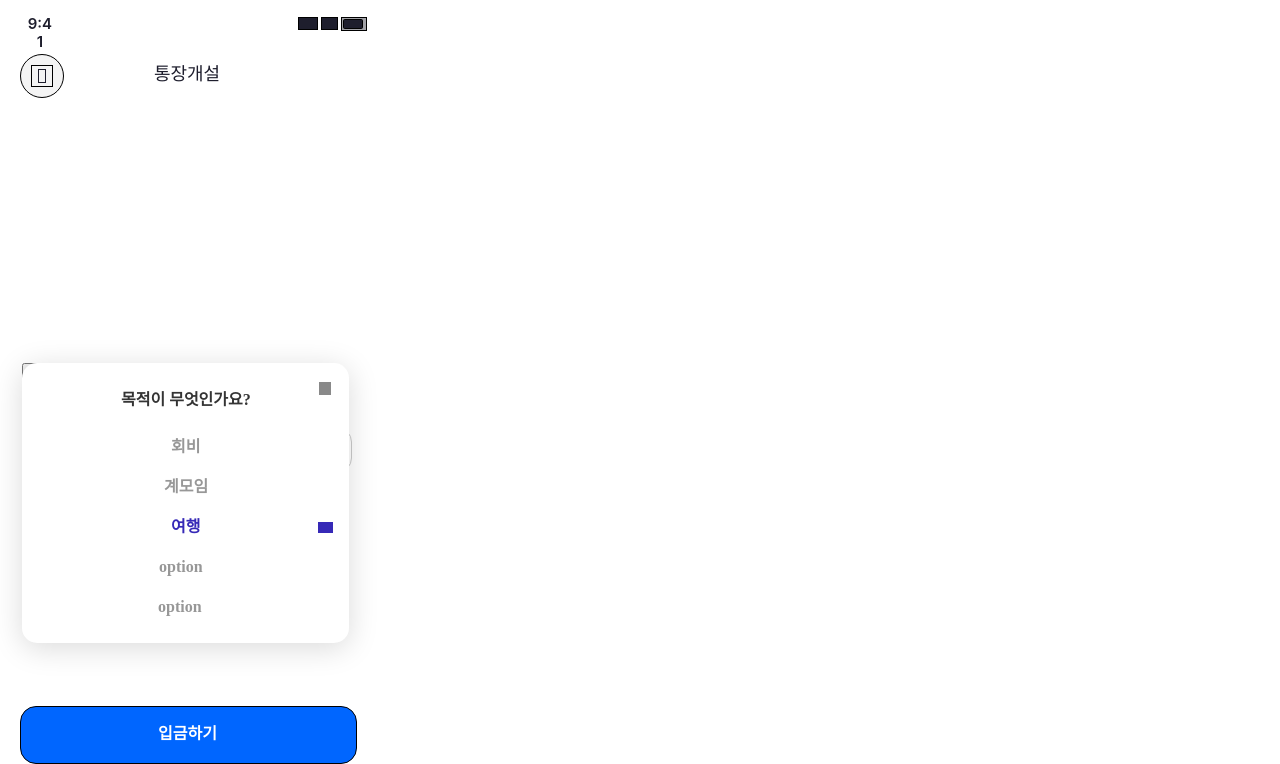
Repository: gpdbs9409/-Group_Account
Page: http://localhost/Group-Account/views/AddAccountType.jsp
The author's editor kept a copy of each file at every save. The page is drawn from the files as they stood at one save, then again after the next save.
The browser window is 1280 px wide. The pictures show the whole page.
The page is served by Tomcat 9. Other server files are loaded and not shown.

Above is the page before, as saved 2024-12-11 06:16:43.

### Group-Account/src/main/webapp/views/AddAccountType.jsp
<%@ page language="java" contentType="text/html; charset=UTF-8"
    pageEncoding="UTF-8"%>
<!DOCTYPE html>
<html>
<head>
<meta charset="UTF-8">
<title>Insert title here</title>
</head>
<body>


    <div style="left: 24.89px; top: 14.50px; position: absolute">
        <div style="width: 30px; height: 17px; left: 0px; top: 0px; position: absolute; text-align: center; color: #1E1E2D; font-size: 15px; font-family: SF Pro Display; font-weight: 600; line-height: 18px; word-wrap: break-word">9:41</div>
        <div style="width: 67px; height: 11.50px; left: 273.61px; top: 2.50px; position: absolute">
            <div style="width: 24.50px; height: 11.50px; left: 42.50px; top: 0px; position: absolute">
                <div style="width: 24.50px; height: 11.50px; left: 0px; top: 0px; position: absolute; background: #A2A2A7; border: 1px solid"></div>
                <div style="width: 18px; height: 7.67px; left: 2px; top: 1.92px; position: absolute; background: #1E1E2D; border-radius: 1.60px; border: 1px solid"></div>
            </div>
            <div style="width: 17.10px; height: 10.70px; left: 0px; top: 0.44px; position: absolute; background: #1E1E2D; border: 1px solid"></div>
            <div style="width: 15.40px; height: 11.06px; left: 22.10px; top: 0.24px; position: absolute; background: #1E1E2D; border: 1px solid"></div>
        </div>
    </div>
    <div style="width: 237px; left: 20px; top: 54px; position: absolute">
        <div style="width: 42px; height: 42px; left: 0px; top: 0px; position: absolute">
            <div style="width: 42px; height: 42px; left: 0px; top: 0px; position: absolute; background: #F4F4F4; border-radius: 9999px; border: 1px solid"></div>
            <div style="width: 20px; height: 20px; left: 11px; top: 11px; position: absolute">
                <div style="width: 6px; height: 12px; left: 7px; top: 4px; position: absolute; border: 1.50px #1E1E2D solid"></div>
                <div style="width: 20px; height: 20px; left: 0px; top: 0px; position: absolute; border: 1px solid"></div>
            </div>
        </div>
        <div style="width: 140px; height: 20px; left: 97px; top: 11px; position: absolute; text-align: center; color: #1E1E2D; font-size: 18px; font-family: Poppins; font-weight: 500; line-height: 18px; word-wrap: break-word">통장개설</div>
    </div>
    <div style="width: 335px; height: 56px; left: 20px; top: 706px; position: absolute">
        <div style="width: 335px; height: 56px; left: 0px; top: 0px; position: absolute; background: #0066FF; border-radius: 16px; border: 1px solid"></div>
        <div style="width: 100px; height: 24px; left: 117.50px; top: 16px; position: absolute; text-align: center; color: white; font-size: 16px; font-family: Poppins; font-weight: 600; line-height: 24px; word-wrap: break-word">입금하기</div>
    </div>
    <div style="width: 327px; height: 44px; left: 23px; top: 427px; position: absolute">
        <div style="width: 327px; height: 44px; left: 0px; top: 0px; position: absolute; border-radius: 15px; border: 1px #CBCBCB solid"></div>
        <div style="left: 12px; top: 12px; position: absolute; color: #343434; font-size: 14px; font-family: Poppins; font-weight: 700; line-height: 21px; word-wrap: break-word">+8564757899</div>
    </div>
    <div style="width: 327px; height: 280px; left: 22px; top: 363px; position: absolute">
        <div style="width: 327px; height: 280px; left: 0px; top: 0px; position: absolute; background: white; box-shadow: 0px 5px 30px rgba(0, 0, 0, 0.15); border-radius: 15px"></div>
       <button onclick="location='AddAcount,jsp'">여행</button>
        <div style="left: 149px; top: 72px; position: absolute; text-align: center; color: #979797; font-size: 16px; font-family: Poppins; font-weight: 700; line-height: 24px; word-wrap: break-word">회비</div>
        <div style="left: 142px; top: 112px; position: absolute; text-align: center; color: #979797; font-size: 16px; font-family: Poppins; font-weight: 700; line-height: 24px; word-wrap: break-word">계모임</div>
        <div style="left: 149px; top: 152px; position: absolute; text-align: center; color: #3629B7; font-size: 16px; font-family: Poppins; font-weight: 700; line-height: 24px; word-wrap: break-word">여행</div>

        <div style="width: 16px; height: 16px; padding-top: 2.25px; padding-bottom: 2.67px; padding-left: 0.25px; padding-right: 0.25px; left: 295px; top: 154px; position: absolute; justify-content: center; align-items: center; display: inline-flex">
            <div style="width: 15.49px; height: 11.08px; background: #3629B7"></div>
        </div>
        <div style="left: 137px; top: 192px; position: absolute; text-align: center; color: #979797; font-size: 16px; font-family: Poppins; font-weight: 700; line-height: 24px; word-wrap: break-word">option</div>
        <div style="left: 136px; top: 232px; position: absolute; text-align: center; color: #979797; font-size: 16px; font-family: Poppins; font-weight: 700; line-height: 24px; word-wrap: break-word">option</div>
        <div style="left: 99px; top: 25px; position: absolute; text-align: center; color: #343434; font-size: 16px; font-family: Poppins; font-weight: 700; line-height: 24px; word-wrap: break-word">목적이 무엇인가요?</div>
        <div style="width: 16px; height: 17.33px; left: 295px; top: 16px; position: absolute">
            <div style="width: 12px; height: 13px; left: 2px; top: 2.67px; position: absolute; background: #898989"></div>
        </div>
    </div>
</div>

</body>
</html>

After the next save:
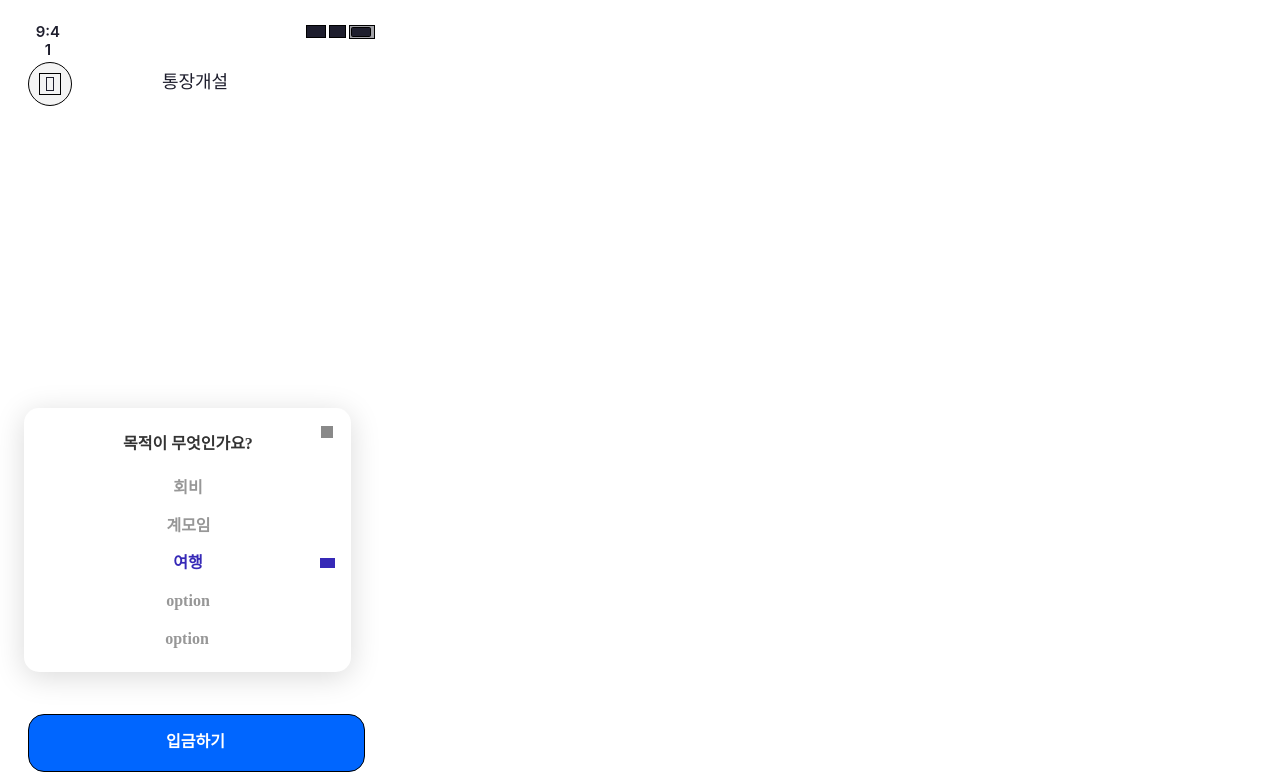
Saved 3 min 9 s later.
--- a/Group-Account/src/main/webapp/views/AddAccountType.jsp
+++ b/Group-Account/src/main/webapp/views/AddAccountType.jsp
@@ -7,8 +7,7 @@
 <title>Insert title here</title>
 </head>
 <body>
-
-
+<div style="width: 100%; height: 100%; position: relative; background: white">
     <div style="left: 24.89px; top: 14.50px; position: absolute">
         <div style="width: 30px; height: 17px; left: 0px; top: 0px; position: absolute; text-align: center; color: #1E1E2D; font-size: 15px; font-family: SF Pro Display; font-weight: 600; line-height: 18px; word-wrap: break-word">9:41</div>
         <div style="width: 67px; height: 11.50px; left: 273.61px; top: 2.50px; position: absolute">
@@ -34,28 +33,21 @@
         <div style="width: 335px; height: 56px; left: 0px; top: 0px; position: absolute; background: #0066FF; border-radius: 16px; border: 1px solid"></div>
         <div style="width: 100px; height: 24px; left: 117.50px; top: 16px; position: absolute; text-align: center; color: white; font-size: 16px; font-family: Poppins; font-weight: 600; line-height: 24px; word-wrap: break-word">입금하기</div>
     </div>
-    <div style="width: 327px; height: 44px; left: 23px; top: 427px; position: absolute">
-        <div style="width: 327px; height: 44px; left: 0px; top: 0px; position: absolute; border-radius: 15px; border: 1px #CBCBCB solid"></div>
-        <div style="left: 12px; top: 12px; position: absolute; color: #343434; font-size: 14px; font-family: Poppins; font-weight: 700; line-height: 21px; word-wrap: break-word">+8564757899</div>
-    </div>
-    <div style="width: 327px; height: 280px; left: 22px; top: 363px; position: absolute">
-        <div style="width: 327px; height: 280px; left: 0px; top: 0px; position: absolute; background: white; box-shadow: 0px 5px 30px rgba(0, 0, 0, 0.15); border-radius: 15px"></div>
-       <button onclick="location='AddAcount,jsp'">여행</button>
-        <div style="left: 149px; top: 72px; position: absolute; text-align: center; color: #979797; font-size: 16px; font-family: Poppins; font-weight: 700; line-height: 24px; word-wrap: break-word">회비</div>
-        <div style="left: 142px; top: 112px; position: absolute; text-align: center; color: #979797; font-size: 16px; font-family: Poppins; font-weight: 700; line-height: 24px; word-wrap: break-word">계모임</div>
-        <div style="left: 149px; top: 152px; position: absolute; text-align: center; color: #3629B7; font-size: 16px; font-family: Poppins; font-weight: 700; line-height: 24px; word-wrap: break-word">여행</div>
-
-        <div style="width: 16px; height: 16px; padding-top: 2.25px; padding-bottom: 2.67px; padding-left: 0.25px; padding-right: 0.25px; left: 295px; top: 154px; position: absolute; justify-content: center; align-items: center; display: inline-flex">
-            <div style="width: 15.49px; height: 11.08px; background: #3629B7"></div>
+    <div style="width: 327px; height: 264px; left: 16px; top: 400px; position: absolute">
+        <div style="width: 327px; height: 264px; left: 0px; top: 0px; position: absolute; background: white; box-shadow: 0px 5px 30px rgba(0, 0, 0, 0.15); border-radius: 15px"></div>
+        <div style="width: 30px; height: 22.63px; left: 149px; top: 67.89px; position: absolute; text-align: center; color: #979797; font-size: 16px; font-family: Poppins; font-weight: 700; line-height: 24px; word-wrap: break-word">회비</div>
+        <div style="width: 45px; height: 22.63px; left: 142px; top: 105.60px; position: absolute; text-align: center; color: #979797; font-size: 16px; font-family: Poppins; font-weight: 700; line-height: 24px; word-wrap: break-word">계모임</div>
+        <div style="width: 30px; height: 22.63px; left: 149px; top: 143.31px; position: absolute; text-align: center; color: #3629B7; font-size: 16px; font-family: Poppins; font-weight: 700; line-height: 24px; word-wrap: break-word">여행</div>
+        <div style="width: 16px; height: 15.09px; padding-top: 2.12px; padding-bottom: 2.51px; padding-left: 0.25px; padding-right: 0.25px; left: 295px; top: 145.20px; position: absolute; justify-content: center; align-items: center; display: inline-flex">
+            <div style="width: 15.49px; height: 10.45px; background: #3629B7"></div>
         </div>
-        <div style="left: 137px; top: 192px; position: absolute; text-align: center; color: #979797; font-size: 16px; font-family: Poppins; font-weight: 700; line-height: 24px; word-wrap: break-word">option</div>
-        <div style="left: 136px; top: 232px; position: absolute; text-align: center; color: #979797; font-size: 16px; font-family: Poppins; font-weight: 700; line-height: 24px; word-wrap: break-word">option</div>
-        <div style="left: 99px; top: 25px; position: absolute; text-align: center; color: #343434; font-size: 16px; font-family: Poppins; font-weight: 700; line-height: 24px; word-wrap: break-word">목적이 무엇인가요?</div>
-        <div style="width: 16px; height: 17.33px; left: 295px; top: 16px; position: absolute">
-            <div style="width: 12px; height: 13px; left: 2px; top: 2.67px; position: absolute; background: #898989"></div>
+        <div style="width: 54px; height: 22.63px; left: 137px; top: 181.03px; position: absolute; text-align: center; color: #979797; font-size: 16px; font-family: Poppins; font-weight: 700; line-height: 24px; word-wrap: break-word">option</div>
+        <div style="width: 54px; height: 22.63px; left: 136px; top: 218.74px; position: absolute; text-align: center; color: #979797; font-size: 16px; font-family: Poppins; font-weight: 700; line-height: 24px; word-wrap: break-word">option</div>
+        <div style="width: 130px; height: 22.63px; left: 99px; top: 23.57px; position: absolute; text-align: center; color: #343434; font-size: 16px; font-family: Poppins; font-weight: 700; line-height: 24px; word-wrap: break-word">목적이 무엇인가요?</div>
+        <div style="width: 16px; height: 16.34px; left: 295px; top: 15.09px; position: absolute">
+            <div style="width: 12px; height: 12.26px; left: 2px; top: 2.51px; position: absolute; background: #898989"></div>
         </div>
     </div>
 </div>
-
 </body>
 </html>
